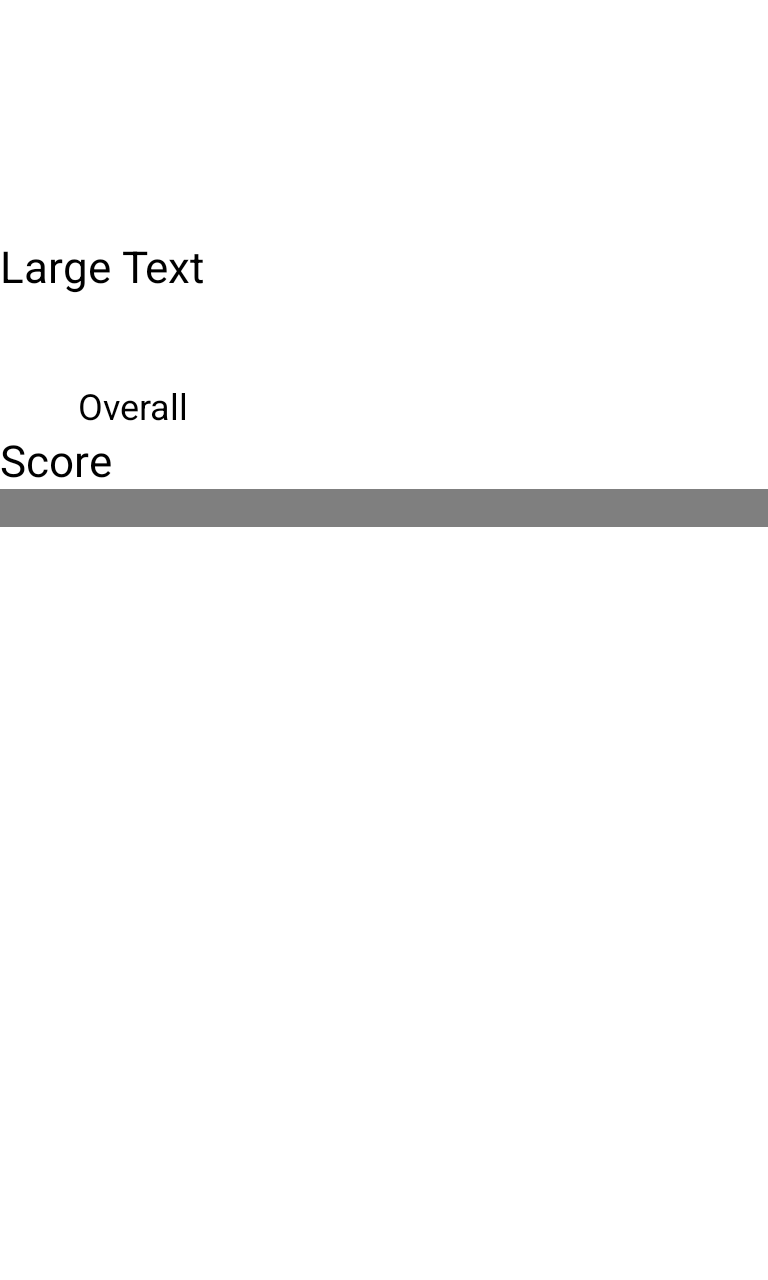
Repository: colincove/CreativeCritic
Layout: workspace/CreativeCritic/res/layout/activity_category_screen.xml
An editor plug-in stored every save of this project. The layout is shown before and after the next save, followed by the edit.
Pictures or frames that could not be fetched are drawn as grey boxes. It is drawn on a 768 x 1280 px phone screen (xhdpi) without system bars, with theme AppTheme; the app's code is not run.

Above is the layout before, as saved 2013-11-28 07:29:40.

After the next save:
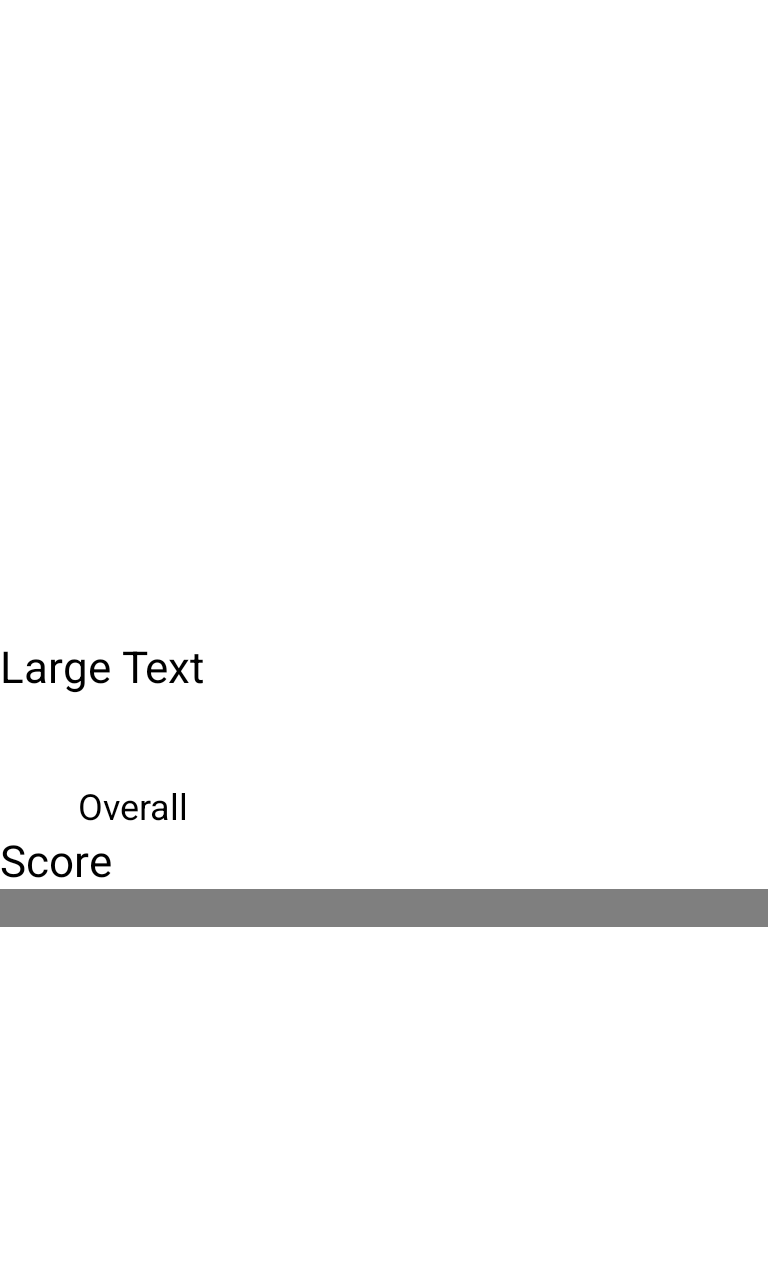
Saved 30 s later.
--- a/workspace/CreativeCritic/res/layout/activity_category_screen.xml
+++ b/workspace/CreativeCritic/res/layout/activity_category_screen.xml
@@ -8,7 +8,7 @@
     android:orientation="vertical" >
  <HorizontalScrollView
             android:layout_width="match_parent"
-            android:layout_height="100dp">
+            android:layout_height="300dp">
     <LinearLayout android:orientation="horizontal"
         android:id="@id/category_image_view"
         android:layout_height="match_parent"
